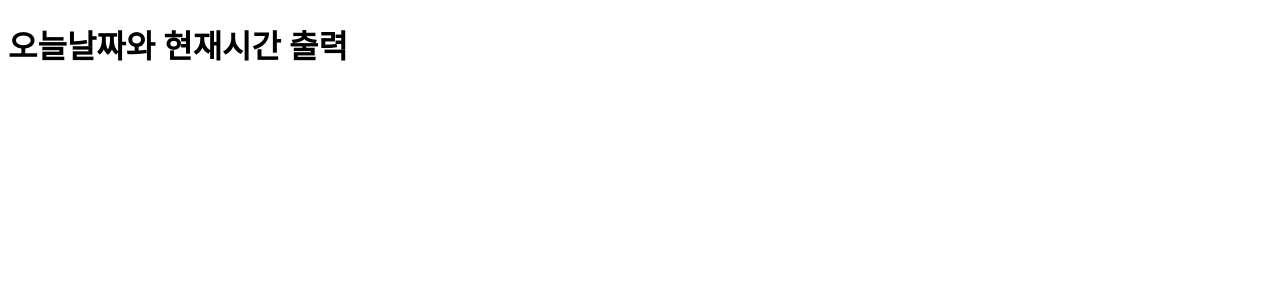
Repository: ohseung-web/Jsp2026
Page: http://localhost/chapter01/test03.jsp
The author's editor kept a copy of each file at every save. The page is drawn from the files as they stood at one save, then again after the next save.
The browser window is 1280 px wide. The pictures show the whole page.
The page is served by Tomcat 9.

Above is the page before, as saved 2026-10-16 02:44:06.

After the next save:
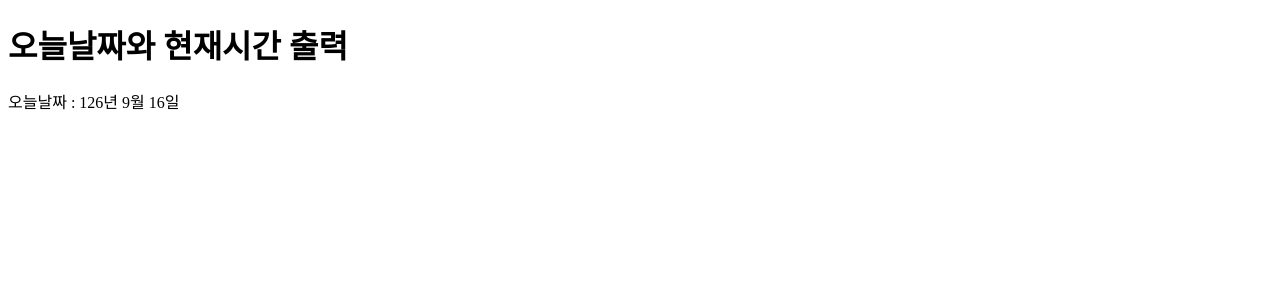
Saved 48 s later.
--- a/chapter01/src/main/webapp/test03.jsp
+++ b/chapter01/src/main/webapp/test03.jsp
@@ -14,5 +14,6 @@
 		int month = today.getMonth();
 		int day = today.getDate();
 	%>
+	오늘날짜 : <%=year+"년 "+month+"월 "+day+"일" %>
 </body>
 </html>
